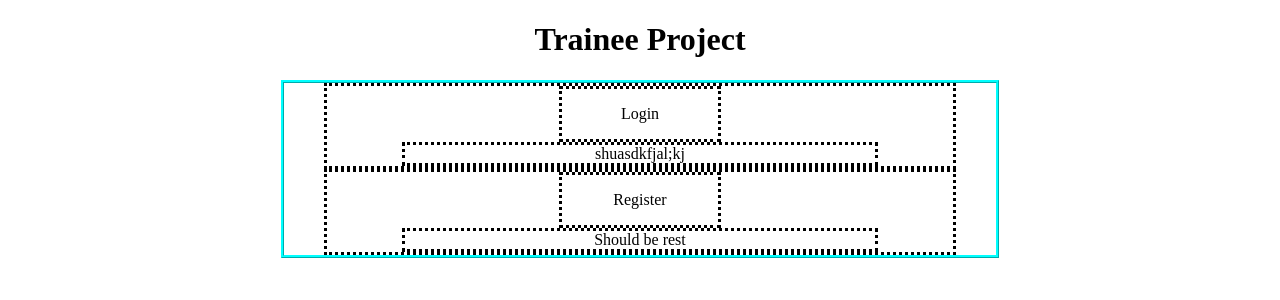
Repository: LsCodeMaster/Training
Page: Trainee/WebContent/trainee.html
The author's editor kept a copy of each file at every save. The page is drawn from the files as they stood at one save, then again after the next save.
The browser window is 1280 px wide. The pictures show the whole page.

Above is the page before, as saved 2015-09-15 10:20:43.

After the next save:
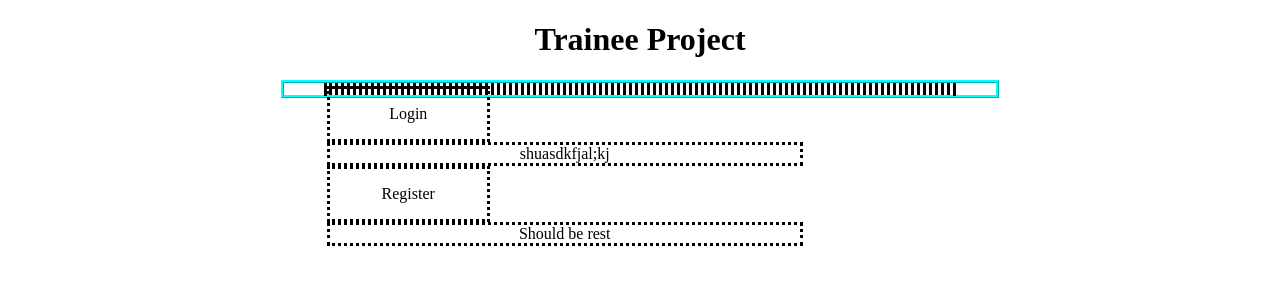
Saved 2 min 49 s later.
--- a/Trainee/WebContent/css/style.css
+++ b/Trainee/WebContent/css/style.css
@@ -12,11 +12,13 @@
 	text-align: center;
 }
 .loginType{
-	display: inline-block;
+	overflow: hidden;
+	float: left;
 	width: 25%;
 }
 .loginInfo{
-	display: inline-block;
+	overflow: hidden;
+	float: left;
 	width:75%;
 }
 h1{
